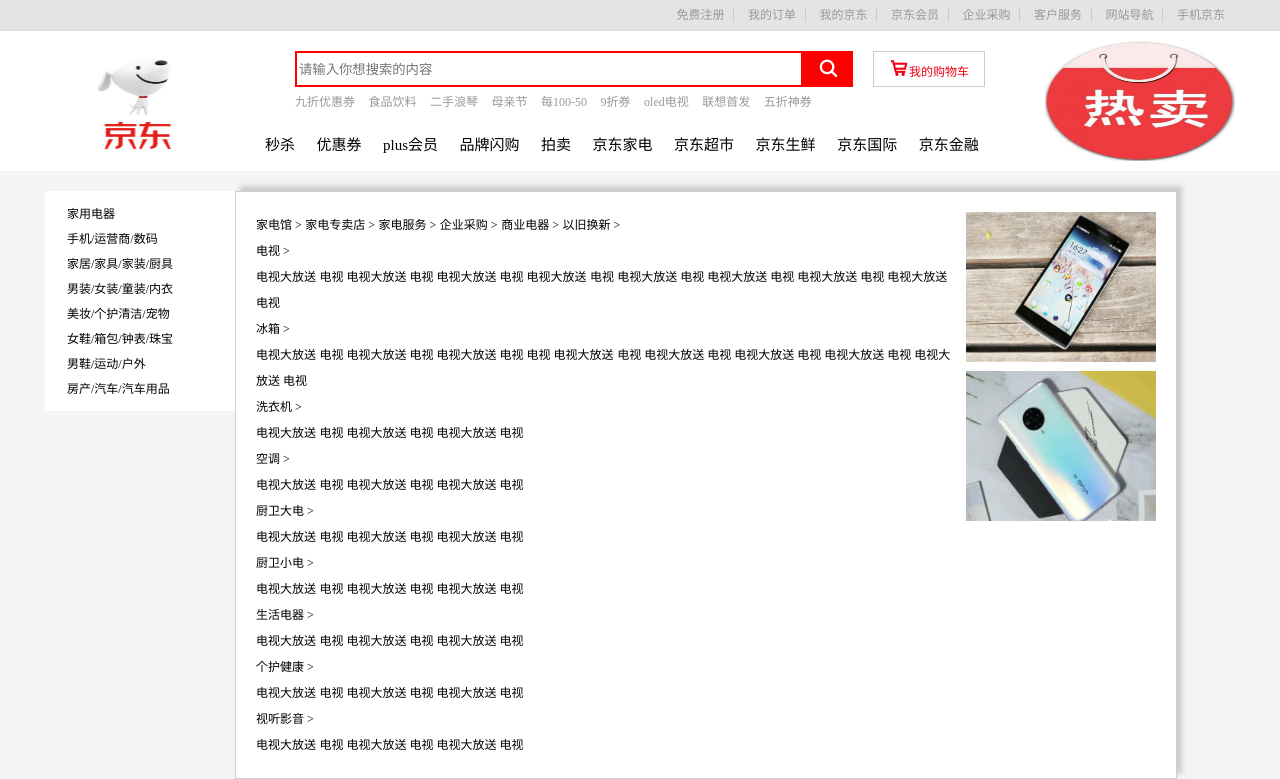
Repository: zhenzhen-gong/JDdemo
Page: index.html
These files come from the project's save history. The page is drawn as it stood at one moment and after the next save; the edit follows.
The browser window is 1280 px wide. The pictures show the whole page.

Above is the page before, as saved 2020-05-11 14:19:12.

After the next save:
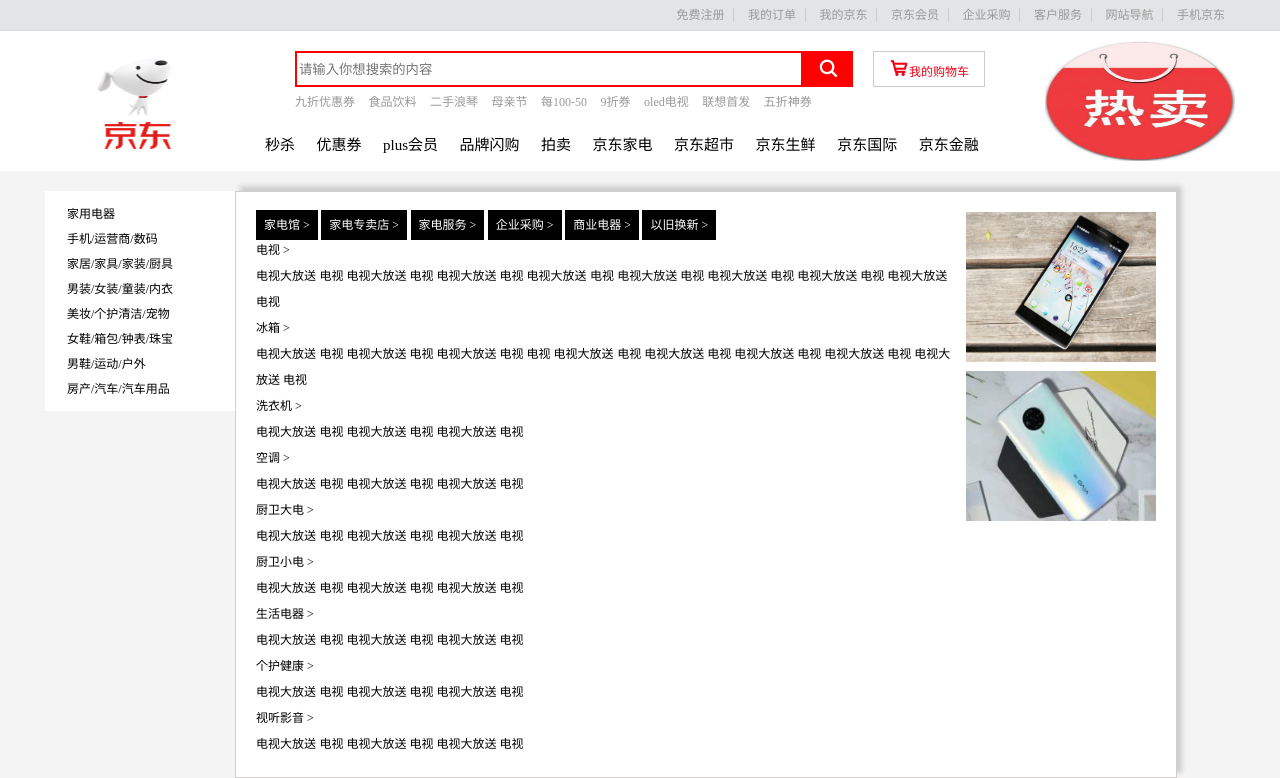
Saved 95 s later.
--- a/css/index.css
+++ b/css/index.css
@@ -152,7 +152,13 @@
     width: 700px;
     float: left;
 }
-
+.menucontent .left .content-title a{
+    background-color: black;
+    color: white;
+    padding: 8px;
+    height: 22px;
+    line-height: 22px;
+}
 .menucontent .right{
     float: right;
 }
